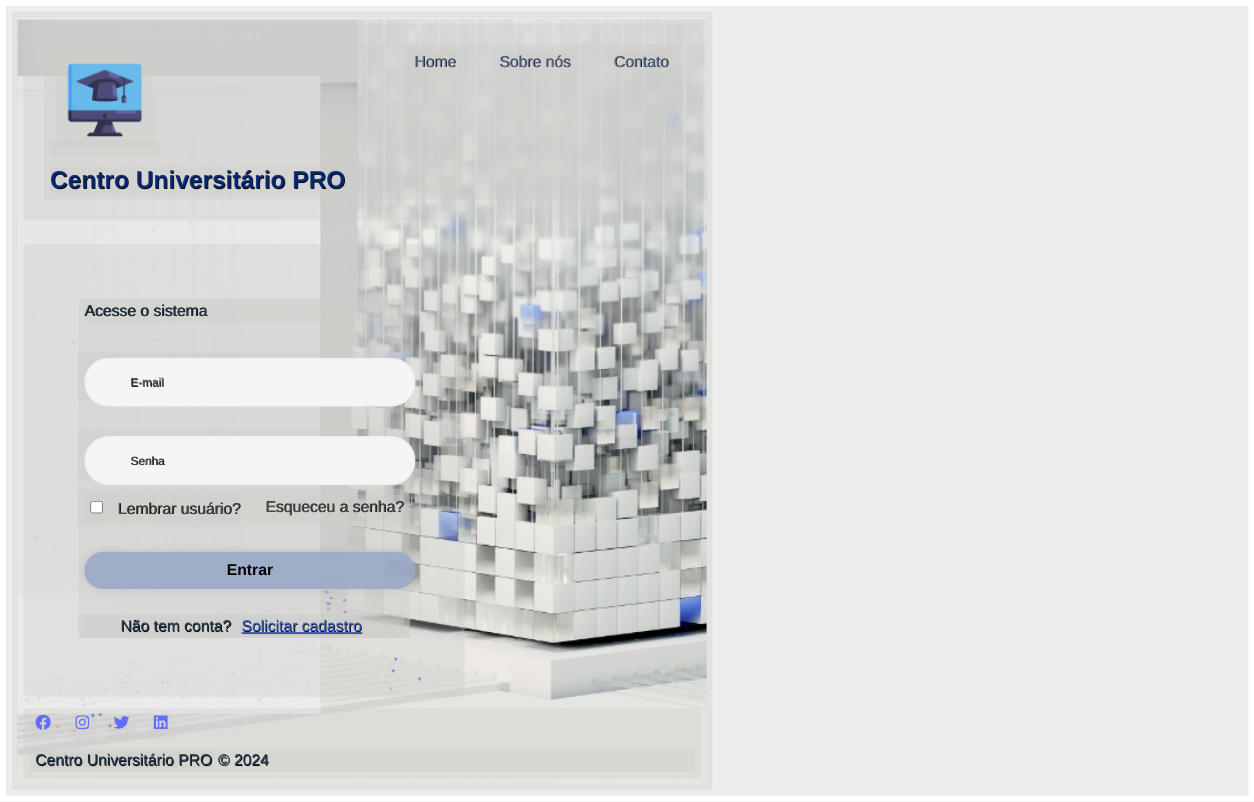
Repository: DanuziaRA/Cadastros-de-Usuarios
Page: /
The author's editor kept a copy of each file at every save. The page is drawn from the files as they stood at one save, then again after the next save.
The browser window is 1280 px wide. The pictures show the whole page, at 98% of full size.
The project was rebuilt for these pictures with package versions that can differ from the ones it lists, and the page was loaded fresh each time. Also part of the build but not shown: vite.config.js, src/components/Footer.css, src/router/Contact.jsx, src/router/ErrorPage.jsx, src/router/ContactDetails.jsx, src/router/Company.jsx, src/router/Forget.jsx, src/router/Cadastro.jsx.

Above is the page before, as saved 2024-10-01 12:45:28.

### src/main.jsx
import { StrictMode } from 'react'
import { createRoot } from 'react-dom/client'
import App from './App.jsx'
import './index.css'

import {createBrowserRouter, RouterProvider,Navigate} from 'react-router-dom';

  import Contact from './router/Contact.jsx';
  import ErrorPage from './router/ErrorPage.jsx';
  import ContactDetails from './router/ContactDetails.jsx';
  import Login from './router/Login.jsx';
  import Company from './router/Company.jsx';
  import Forget from './router/Forget.jsx';
  import Cadastro from './router/Cadastro.jsx';


  const router = createBrowserRouter([
        {
      path: "/",
      element: <App/>,
      errorElement: <ErrorPage />,
      children: [
        {
          path: "/",
          element:<Login />,
        },
        {
          path: "empresa",
          element:<Company />,
        },
        {
          path: "contact",
          element:<Contact />,
        },
        //Nested routes - identificando unico
        {
          path: "/contact/:id",
          element: <ContactDetails />,
        },
        {
          path: "forget",
          element: <Forget />,
        },
        {
          path: "cadastro",
          element: <Cadastro />,
        },
        //Navigate para página não existentes
        {
          path: "oldcontact",
          element: <Navigate to="/contact" />,
        },
      ],
    },
    ]);


createRoot(document.getElementById('root')).render(
  <StrictMode>
    <RouterProvider router={router} />
    </StrictMode>,
);

### src/App.jsx
import './App.css'

import { Outlet } from 'react-router-dom';
import Navbar from './components/Navbar';
import Footer from './components/Footer'


function App() {
  return (
      <div className='App'>
        <Navbar />
        <h1></h1>
        <Outlet />
        <Footer />
    </div>
  );
}

export default App;

### src/router/Login.jsx
import { useState } from "react";

import "./Login.css";

const Login = () => {

const [username, setUsername] = useState("");
const [password, setpassword] = useState("");

const handleSubmit = (event) => {
event.preventDefault();

alert("Enviando os dados");

console.log("teste", username,password);
console.log("Envio");
};

    return (

    <div className="container">
        <form onSubmit={handleSubmit}>
            <p>Acesse o sistema</p>
            <div className="input-field">
            <input type="email"
            placeholder = "E-mail"
            required
            onChange={(e) => setUsername(e.target.value)}/>
            </div>
            <div className="input-field">
            <input type="password"
            placeholder = "Senha"
            required
            onChange={(e) => setpassword(e.target.value)}/>
            </div>

            <div className="recall-forget">
                <label>
                    <input type="checkbox" />
                    Lembrar usuário?
                    </label>
                <a href="/forget"> Esqueceu a senha?</a>
                </div>

            <button>Entrar</button>
            <div className="signup-link">
                <p>Não tem conta? <a href="contact/:id">Solicitar cadastro</a></p>
            </div>
        </form>
        </div>
    )
}

export default Login

### src/App.css
* {
  box-sizing: border-box;
  margin: 6px;
  padding: px;
  font-family: Helvetica;
  font-size: 16px;
  text-shadow: #0c0c0c 0.7px 0.7px;
  background-color:rgba(202, 201, 200, 0.342);
}
.App{
  display: flex;
  flex-direction: column;
  flex-grow: 1;
  justify-content: center;
  align-items: left;
  background-image: url("src/assets/fundo cadastro.jpg");
  background-size: cover;
  background-position: center;
  }

### src/components/Navbar.jsx
import { Link } from "react-router-dom"
import logo from './../assets/LOGO novo.png'
import { Component } from "react";
import './Navbar.css';


const Navbar = () => {
    return (
    <nav className="navbar">
        <div className="navbar-logo">
        <Link to="/">
            <img src={logo} alt=""/>
            </Link>
            <h1>Centro Universitário PRO</h1>
            </div>
            <ul className="navbar-links">
            <li><a href="/">Home</a></li>
            <li><a href="/Company">Sobre nós</a></li>
            <li><a href= "/Contact">Contato</a></li>
            </ul>
    </nav>
    )
}

export default Navbar

### src/components/Footer.jsx
import { FaFacebook, FaInstagram,FaTwitter,FaLinkedin } from "react-icons/fa"
import { Link } from "react-router-dom";
import './Footer.css';

function Footer(){
    return (
        <nav>
            <Link to="https://www.facebook.com/?locale=pt_BR">
            < FaFacebook alt=""/>
            </Link>
            <Link to="https://www.instagram.com/">
            < FaInstagram alt=""/>
            </Link>
            <Link to="/">
            < FaTwitter alt=""/>
            </Link>
            <Link to="https://www.linkedin.com.br">
            < FaLinkedin alt=""/>
            </Link>
            <p><span>Centro Universitário PRO</span>&copy; 2024</p>
            </nav>


    );

}
export default Footer

### src/router/Login.css
.input-field input{
    width: 50%;
    height: 70%;
    background-color: #f5f5f5;
    outline: none;
    border: 2px solid rgba(224, 222, 222, 0.2);
    border-radius: 40px;
    font-size: 16px;
    color: #070000;
    padding: 10px 20px;
}
.input-field input::placeholder{
color: #494949;
}

.container .recall-forget{
display: left;
justify-content: space-between;
font-size: 15px;
margin: -px 0 20px;
}
.recall-forget label{
color: #494949;
}
.recall-forget input{
margin-right: 5px;
}
.recall-forget a, .signup-link p a{
color: #494949;
text-decoration: none;
}
.recall-forget a:hover, .signup-link p a{
text-decoration: underline;
}
.container button{
width: 23%;
height: 500%;
font-size: 16px;
padding: 10px 20px;
background-color:#9aa8c8e1;
border: none;
outline: none;
border-radius: 500px;
box-shadow: 0 0 10px rgba(0,0,0,0.1);
cursor: pointer;
font-weight: 600;
text-shadow: none;
}
.container .signup-link{
font-size: 15px;
text-align: left;
margin: 20px 0 10px;
}
.signup-link p a{
color:#2d5ac4e1;
}

### src/router/Cadastro.css
.container{
    width: 450px;
    border: 10px sold rgba (247,247,247, 0.40);
    padding: 50px;
    border-radius: 5px;
}

.container h1{
    text-align: left;
    font-size: 23px;
    color: #4d77dbe1;
    }
    .container h2{
        text-align: left;
        font-size: 18px;
        color: #111112e1;
        }
.container .input-field{
    position: relative;
    width: 100%;
    height: 50px;
    margin: 30px auto;
}
    .input-field input{
        width: 100%;
        height: 100%;
        background-color: #f5f5f5;
        outline: none;
        border: 2px solid rgba(224, 222, 222, 0.2);
        border-radius: 40px;
        font-size: 12px;
        color: #070000;
        padding: 20px 45px;
    }
.input-field input::placeholder{
    color: #494949;
}
.input-field .icon{
    position: absolute;
    right: 25px;
    top: 50%;
    transform: translateY(-50%);
    font-size: 18px;
    color: #494949;
}
.container .recall-forget{
    display: flex;
    justify-content: space-between;
    font-size: 15px;
    margin: -20px 0 20px;
}
.recall-forget label{
    color: #494949;
}
.recall-forget input{
    margin-right: 15px;
}
.recall-forget a, .signup-link p a{
    color: #494949;
    text-decoration: none;
}
.recall-forget a:hover, .signup-link p a{
    text-decoration: underline;
}
.container button{
    width: 100%;
    height: 500%;
    font-size: 16px;
    padding: 10px 20px;
    background-color:#9aa8c8e1;
    border: none;
    outline: none;
    border-radius: 500px;
    box-shadow: 0 0 10px rgba(0,0,0,0.1);
    cursor: pointer;
    font-weight: 600;
    text-shadow: none;
}
.container .signup-link{
    font-size: 15px;
    text-align: center;
    margin: 20px 0 10px;
}
.signup-link p a{
    color:#2d5ac4e1;
}

### src/components/Navbar.css
.navbar{
    display: flex;
    justify-content: space-between;
    padding: 15px;
    align-items: left;
}
.navbar-logo h1{
    color: #06297ae1;
    font-size: 25px;
    align-items: center;


}
.navbar-links {
list-style-type: none;
display: flex;
gap: 20px;
align-items: left;

}
.navbar li{
    display: inline;
    }
.navbar-links li a {
    color: #67789ee1;
    text-decoration: none;
}
.navbar-links li a:hover{
    color:#ddd;
}

Loaded but not shown: index.html (common file); src/index.css (common file)

After the next save:
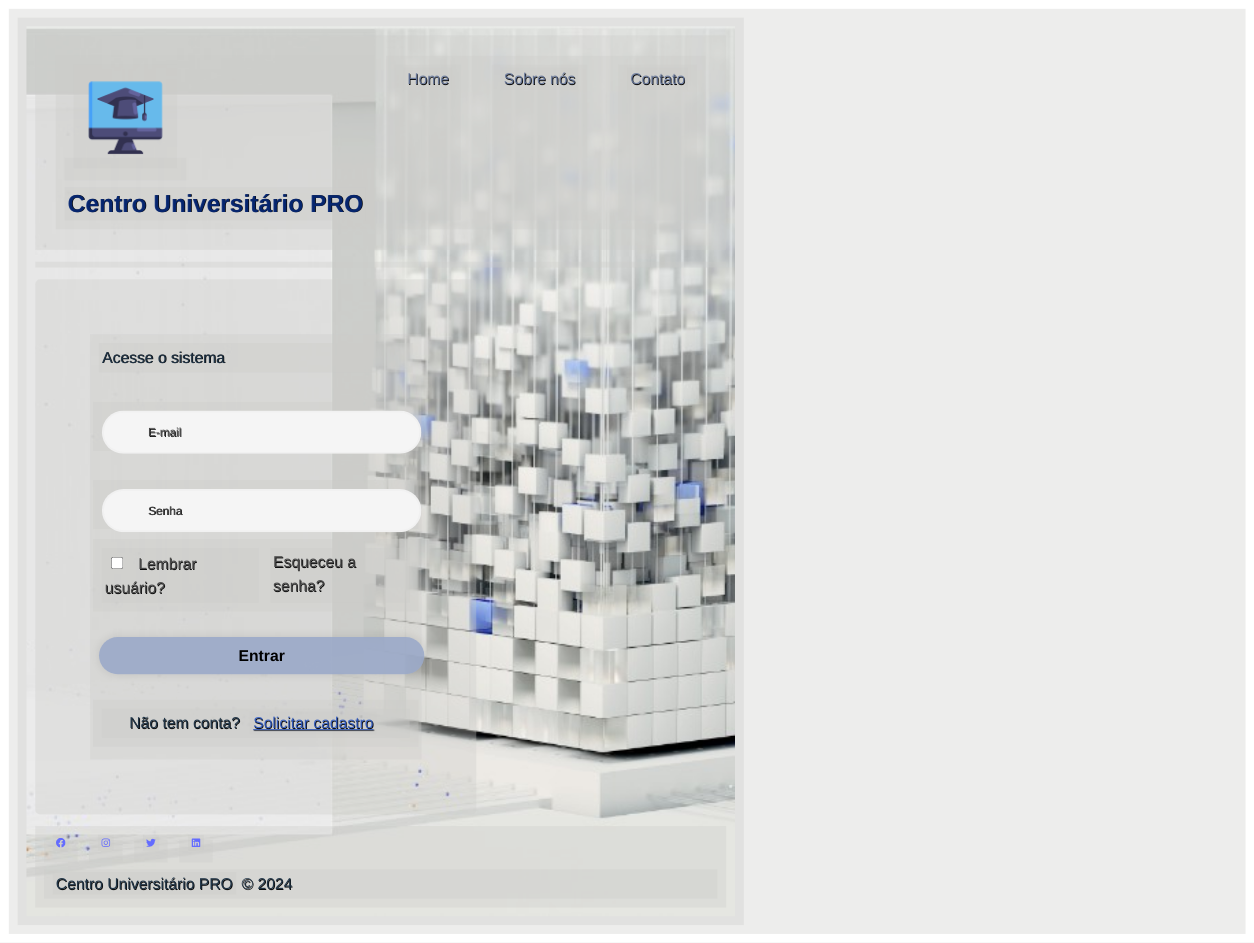
Saved 4 s later.
--- a/src/App.css
+++ b/src/App.css
@@ -1,7 +1,7 @@
 * {
   box-sizing: border-box;
   margin: 6px;
-  padding: px;
+  padding: 3px;
   font-family: Helvetica;
   font-size: 16px;
   text-shadow: #0c0c0c 0.7px 0.7px;
